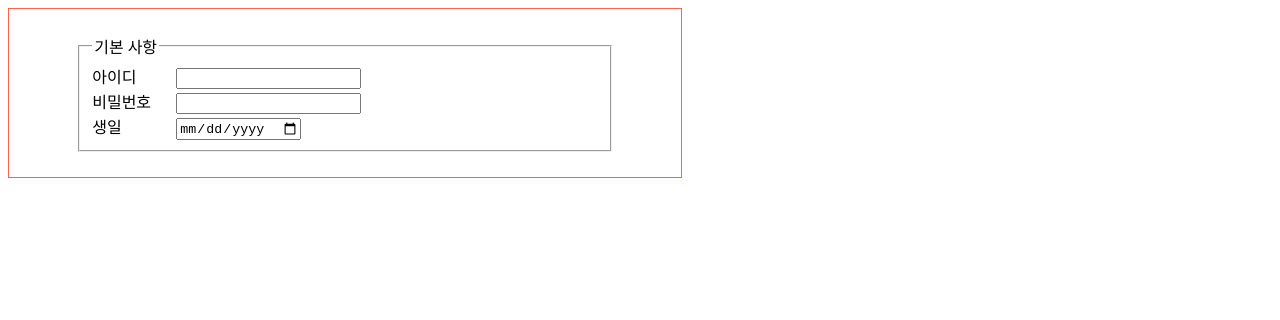
Repository: choidazzi/DDIT
Page: web programming/html/webpro/src/main/webapp/0425/fieldset.html
The author's editor kept a copy of each file at every save. The page is drawn from the files as they stood at one save, then again after the next save.
The browser window is 1280 px wide. The pictures show the whole page.

Above is the page before, as saved 2023-04-25 00:43:56.

After the next save:
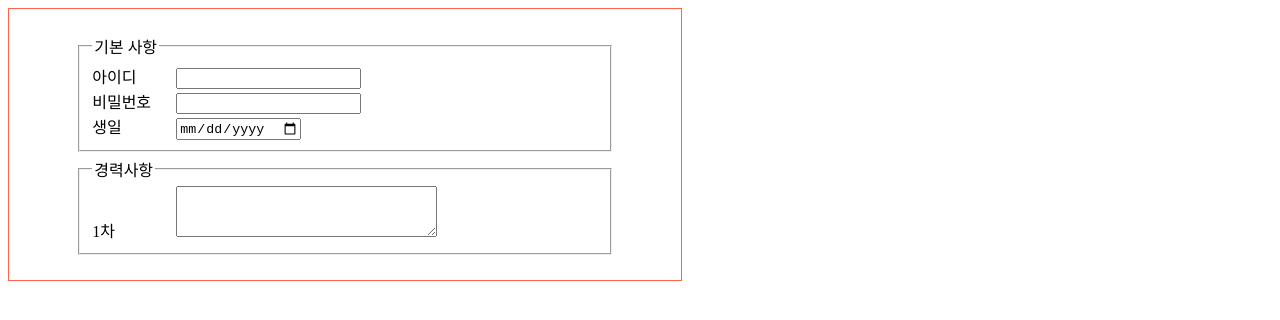
Saved 90 s later.
--- a/web programming/html/webpro/src/main/webapp/0425/fieldset.html
+++ b/web programming/html/webpro/src/main/webapp/0425/fieldset.html
@@ -39,7 +39,11 @@ fieldset {
 				 <br>
 		</fieldset>
 
-
+		<fieldset>
+			<legend>경력사항</legend>
+			<label>1차</label>
+			<textarea rows="3" cols="30"></textarea>
+		</fieldset>
 	</form>
 </body>
 </html>
